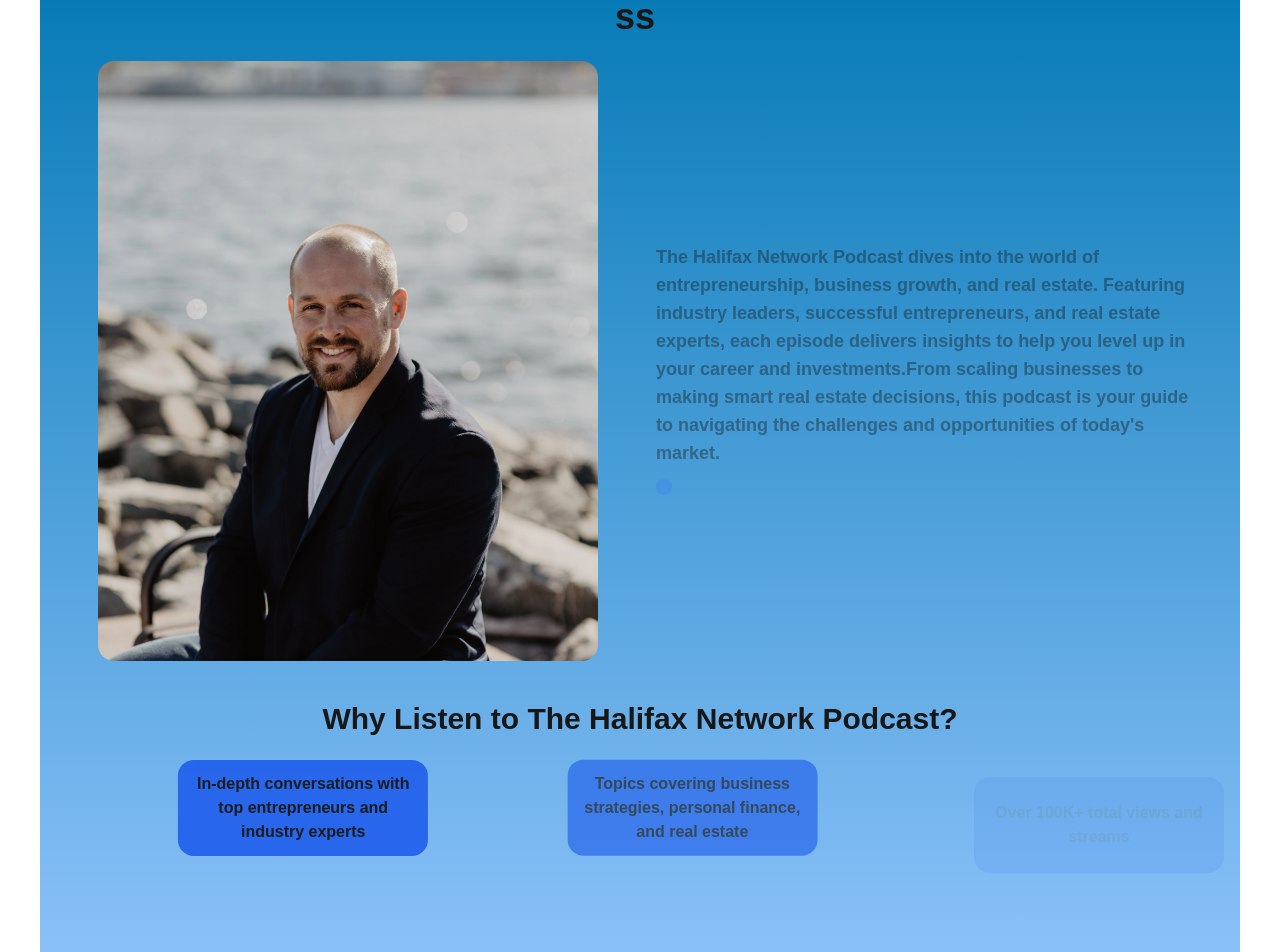
Repository: TMuse333/Chris-crowell
Page: /podcast (app in frontend/)
An editor plug-in stored every save of this project. The page is shown before and after a run of saves, followed by the edit.
The browser window is 1280 px wide. The pictures show the part of the page from y = 1319 to 2271 px (the page is 2368 px tall before and 3232 px after).
The project was rebuilt for these pictures with package versions that can differ from the ones it lists, and the page was loaded fresh each time. The framework's server and built-in components were replaced by stand-ins that run in the browser. Also part of the build but not shown: frontend/next.config.ts.

Above is the page before, as saved 2025-02-15 21:37:01.

### frontend/src/app/layout.tsx
import { ContextProvider } from "@/context/context";
import type { Metadata } from "next";
import { Geist, Geist_Mono } from "next/font/google";
import "./globals.css";

const geistSans = Geist({
  variable: "--font-geist-sans",
  subsets: ["latin"],
});

const geistMono = Geist_Mono({
  variable: "--font-geist-mono",
  subsets: ["latin"],
});

export const metadata: Metadata = {
  title: "Create Next App",
  description: "Generated by create next app",
};

export default function RootLayout({
  children,
}: Readonly<{
  children: React.ReactNode;
}>) {
  return (
    <html lang="en">
      <ContextProvider>


      <body
        className={`${geistSans.variable} ${geistMono.variable} antialiased`}
      >
        {children}
      </body>
      </ContextProvider>
    </html>
  );
}

### frontend/src/app/podcast/page.tsx


import PodcastPage from "@/pageComponents/podcastPage";
import React from "react";

const Page = () => {


    return (
        <PodcastPage/>
    )
}

export default Page

### frontend/src/context/context.tsx
"use client"

import React, { createContext, useState, useContext, ReactNode, useEffect } from 'react';

// Define the type for the context value
interface GeneralContextType {
  isMobile: boolean;
  setIsMobile: React.Dispatch<React.SetStateAction<boolean>>;
  isDesktop: boolean;
  setIsDesktop: React.Dispatch<React.SetStateAction<boolean>>;


  applicationFormState: Record<string, string>;
  setApplicationFormState: React.Dispatch<React.SetStateAction<Record<string, string>>>;


}


// Create the context
export const GeneralContext = createContext<GeneralContextType | undefined>(undefined);

// Create a provider component
export const ContextProvider: React.FC<{ children: ReactNode }> = ({ children }) => {
  // Initialize the value state


  // Detect mobile devices
  const [isMobile, setIsMobile] = useState<boolean>(true);

const [isDesktop, setIsDesktop] = useState(false)

const [applicationFormState, setApplicationFormState] = useState<Record<string, string>>({});

  useEffect(() => {
    const handleScroll = () => {
      if (typeof window !== 'undefined') {
        setIsMobile(window.innerWidth <= 865);
      }
      else{
        setIsDesktop(true)
      }
    };

    if (typeof window !== 'undefined') {
      window.addEventListener('scroll', handleScroll);
      handleScroll(); // Initial check
    }

    return () => {
      if (typeof window !== 'undefined') {
        window.removeEventListener('scroll', handleScroll);
      }
    };
  }, []);

  useEffect(() => {
    const handleScroll = () => {
      if (typeof window !== 'undefined') {
        setIsDesktop(window.innerWidth > 868);
      }

    };

    if (typeof window !== 'undefined') {
      window.addEventListener('scroll', handleScroll);
      handleScroll(); // Initial check
    }

    return () => {
      if (typeof window !== 'undefined') {
        window.removeEventListener('scroll', handleScroll);
      }
    };
  }, []);


  useEffect(() => {
    console.log('is mobile', isMobile);
    console.log("is desktop", isDesktop)
  }, [isDesktop]);

  const contextValue = {

    isMobile,
    setIsMobile,
    applicationFormState,
    setApplicationFormState,
    isDesktop,
    setIsDesktop


  };

  return <GeneralContext.Provider value={contextValue}>{children}</GeneralContext.Provider>;
};

export const useGeneralContext = (): GeneralContextType => {
  const context = useContext(GeneralContext);
  if (!context) {
    throw new Error('useGeneralContext must be used within a ContextProvider');
  }
  return context;
};

### frontend/src/app/globals.css
@tailwind base;
@tailwind components;
@tailwind utilities;

:root {
  --background: #ffffff;
  --foreground: #171717;
}

@media (prefers-color-scheme: dark) {
  :root {
    --background: #0a0a0a;
    --foreground: #ededed;
  }
}

body {
  color: var(--foreground);
  background: var(--background);
  font-family: Arial, Helvetica, sans-serif;
}

@keyframes gradientAnimation {
  0% { background-position: 0% 50%; }
  50% { background-position: 100% 50%; }
  100% { background-position: 0% 50%; }
}

.gradient-animation {
  background: linear-gradient(90deg, #00bfff, #00A7E0, #64D8FF);
  background-size: 200% 200%;
  background-clip: text;
  -webkit-background-clip: text;
  color: transparent;
  animation: gradientAnimation 8s ease-in-out infinite;
}

### frontend/src/pageComponents/podcastPage.tsx
"use client"

import BgText from "@/components/contentPieces/bgText/bgText";
import CountUpImageText from "@/components/contentPieces/countUpImageText/countUpImageText";
import ExperienceCard from "@/components/contentPieces/experienceCard/experienceCard";
import ServiceHerobanner from "@/components/herobanners/serviceHerobanner/serviceHerobanner";
import { podcastCountup, podcastExperienceCard, podcastHerobanner, podcastText } from "@/data/podcastData";
import React from "react";


const PodcastPage = () => {


    return (
        <main className="w-screen">
            <ServiceHerobanner
            {...podcastHerobanner}
           alt=""
            />
            <CountUpImageText
            {...podcastCountup}
            />

            <ExperienceCard
            {...podcastExperienceCard}
            buttonText=""
            />

            {/* <BgText
            {...podcastText}
            /> */}
        </main>
    )
}

export default PodcastPage

### frontend/src/components/contentPieces/countUpImageText/countUpImageText.tsx
import { useGeneralContext } from "@/context/context";
import Image from "next/image";
import React, { useRef } from "react";
import CountUp from "react-countup";
import {useInView,motion,useTransform,
    easeIn, useScroll
} from 'framer-motion'
interface Props {
    src:string,
    alt:string
    title:string,
    description:string,
    stats:{
        number:string,
        name:string
    }[]
}



const CountUpImageText:React.FC<Props> = ({
    src,alt,title,description,stats
}) => {

    const {isMobile} = useGeneralContext()

    const ref = useRef(null)

    const inView = useInView(ref,{
        amount:!isMobile ? 0.5 : 0.4,
        once:true
    })

    const { scrollYProgress } = useScroll({
        target: ref, // Watch this section
        offset: ["start end", "end start"], // Trigger based on when it enters and leaves the viewport
    });

    // Map scrollYProgress to scale and opacity
    const scale = useTransform(scrollYProgress, [0, 0.3, 0.7, 1], [0.95, 1, 1, 0.95],  { ease:easeIn });

    const fadeInVariants = (delay: number) => {

        return {
            initial: { opacity: 0, x: -30, y: -20 },
            animate: { opacity: 1, x: 0, y: 0 ,
            transition: {
              duration: 0.4,
              delay: delay, // Delay based on the parameter
              ease: "easeInOut"
            }
        }
        }

      };

      const statVariants = (delay: number) => {

        return {
            initial: { opacity: 0, x: -50, y: 0 },
            animate: { opacity: 1, x: 0, y: 0 ,
            transition: {
              duration: 0.5,
              delay:0.3 + delay, // Delay based on the parameter
              ease: "easeInOut"
            }
        }
        }
      };

      const ref2 = useRef(null)

      const countInView = useInView(ref2,{
        once:true
      })


      return (
        <motion.section
          style={{
            scale
          }}
          ref={ref}
          className="flex flex-col bg-gray-300 mt-12 w-[97vw] rounded-2xl overflow-hidden md:flex-row-reverse mx-auto max-w-[1200px]"
        >
          {/* Title */}
          <motion.h2
            variants={fadeInVariants(0)}
            initial="initial"
            animate={inView ? "animate" : "initial"}
            className="mx-auto text-3xl text-black font-bold text-center sm:text-4xl md:text-5xl mt-12 mb-4 md:hidden"
          >
            {title}
          </motion.h2>

          <section className="relative w-[98vw] md:w-[48vw] md:block h-[80vh]
          ">

            <Image
              src={src}
              alt={alt}
              width={600}
              height={1300}
              className={`w-full h-full rounded-2xl
              z-[1]
               object-cover mx-auto md:block transition-all
               duration-1000
               ${inView ? ' h-[80vh]' : 'h-0'}
                 mt-auto mb-auto absolute`}
              style={{
                borderRadius: "1rem"
              }}
            />
          </section>

          {/* Description */}
          <section className="flex flex-col px-4 md:w-[48vw]">
            <motion.h2
              variants={fadeInVariants(0)}
              initial="initial"
              animate={inView ? "animate" : "initial"}
              className="mx-auto text-3xl text-black font-bold text-center sm:text-4xl md:text-5xl mt-12 mb-4 hidden md:block"
            >
              {title}
            </motion.h2>

            <motion.p
              variants={fadeInVariants(0.1)}
              initial="initial"
              animate={inView ? "animate" : "initial"}
              className="text-black md:px-4 font-semibold mb-6 mt-4 md:mt-0"
            >
              {description}
            </motion.p>

            <section
            ref={ref2}
            className="flex mx-auto flex-col justify-center items-center  mt-4 md:flex-row font-semibold md:mr-auto md:ml-4
            ">
              {/* Stats Loop */}
              <div className="text-2xl mb-6 flex flex-col justify-start items-start">
                {stats.map((stat, index) => {
                  const delay = 0.2 + index * 0.4;
                   const nameDelay = 0.25 + index * 0.4
                  return (
                    <div
                      key={index}
                      className="flex flex-col text-black items-center justify-center text-center ml-4 mb-6 md:ml-0 mr-auto"
                    >
                      <motion.p
                        variants={statVariants(delay)}
                        initial="initial"
                        animate={countInView ? "animate" : "initial"}
                        className="sm:text-xl md:text-2xl mr-auto"
                      >
                        <CountUp
                          start={0}
                          end={countInView ? parseInt(stat.number) : 0}
                          duration={2}
                          className="mr-auto sm:text-2xl"
                        />
                      </motion.p>

                      <motion.p
                      variants={statVariants(nameDelay)}
                      initial="initial"
                      animate={countInView ? "animate" : "initial"}
                      className="mr-auto text-left self-start sm:text-3xl md:text-4xl">
                        {stat.name}
                      </motion.p>
                    </div>
                  );
                })}
                <button className="bg-blue-500
                p-3 rounded-2xl p-3">
                    Ensure success
                </button>
              </div>
            </section>
          </section>

        </motion.section>
      );

}

export default CountUpImageText

### frontend/src/components/herobanners/serviceHerobanner/serviceHerobanner.tsx

import React from 'react'

import Image from 'next/image'

interface Props {
    src:string,
    alt:string,
    title:string,
    description:string,
    buttonText:string,
    destination:string
}

const ServiceHerobanner:React.FC<Props> = ({
    src,alt,title,description,
    buttonText,
}) => {






    return (



    <header
    className='w-screen min-h-[500px]
    h-[75vh] text-center text-gray-200
    relative flex flex-col items-center justify-center
    transition-colors
    duration-1000
    '
    //  style={{
    //     backgroundImage:`url(${bg})`,
    //     backgroundSize:'cover',
    //     backgroundPosition:'center'

    // }}

   role='banner'
   >
    <Image className='w-full h-full object-cover absolute z-[1]
    brightness-[0.5]'
src={src}
priority
width={600}
height={1300}
alt={alt}
/>

        <section className='text-left w-4/5 relative z-[2]'>



<h1
 className='text-4xl sm:text-5xl md:text-6xl'>{title}</h1>
<h2

 className='text-xl mt-4 sm:text-2xl md:text-3xl'>{description}</h2>
<button





className='bg-gray-300 p-4 text-black !important
mt-8 hover:scale-[1.1] hover:bg-slate-900 hover:text-white
transition-all'>
 {buttonText}
</button>


</section>
    </header>
    )
}

export default ServiceHerobanner

### frontend/src/data/podcastData.ts
export const podcastHerobanner = {
    src:'/skyline.webp',

title: "Streamline Your Services, Build Client Trust",
description: "This page showcases your expertise and services in a clear, professional way. By detailing what you offer, you save time answering common client questions and establish trust by demonstrating your knowledge and commitment to their needs.",
    buttonText:'Get your own service page',
    destination:'/contact'
}


export const podcastCountup = {
    src: "/chris-side.webp",
    alt: "Chris hosting The Halifax Network Podcast",
    title: "The Halifax Network Podcast",
    description: `Bringing real estate insights, market trends, and expert interviews to Halifax and beyond. Tune in to stay informed, get valuable advice, and hear from industry professionals.`,
    stats: [
      {
        number: "50+",
        name: "Episodes Released",
      },
      {
        number: "100K+",
        name: "Total Views & Streams",
      },
      {
        number: "5★",
        name: "Listener Ratings",
      },
    ],
  };

  export const podcastExperienceCard = {
    title: "The Halifax Network Podcast – Conversations That Build Success",
    src: "/chris-seated.webp",
    alt: "Chris hosting The Halifax Network Podcast",
    description:
      "The Halifax Network Podcast dives into the world of entrepreneurship, business growth, and real estate. Featuring industry leaders, successful entrepreneurs, and real estate experts, each episode delivers insights to help you level up in your career and investments." +

      "From scaling businesses to making smart real estate decisions, this podcast is your guide to navigating the challenges and opportunities of today's market.",

    aspects: [
      "In-depth conversations with top entrepreneurs and industry experts",
      "Topics covering business strategies, personal finance, and real estate",
      "Over 100K+ total views and streams",
      "Empowering listeners with actionable insights and success stories",
    ],

    link: "/podcast",
    reverse: false,
    aspectHeader: "Why Listen to The Halifax Network Podcast?",
  };

  export const podcastText = {
    image: "/skyline.webp",
    title: "The Halifax Network Podcast – Stories of Success & Growth",
    description:
      "Join The Halifax Network Podcast, where we bring together entrepreneurs, business leaders, and real estate professionals to share insights, strategies, and experiences. Whether you're looking to scale your business, make smarter investments, or gain inspiration from industry experts, this podcast is your go-to resource for success.",

    buttonText: "Listen Now",
    destination: "/podcast",
  };

  export const podcastCarousel = {
    images: [
      {
        url: "/skyline.mp4",
        title: "Podcast About Websites",
        description: "Discussing the importance of a strong online presence and how websites impact business success.",
        isVideo: true,
      },
      {
        url: "/skyline.mp4",
        title: "Podcast About Real Estate Investing",
        description: "Exploring strategies for buying, selling, and investing in real estate for long-term wealth.",
        isVideo: true,
      },
      {
        url: "/skyline.mp4",
        title: "Podcast About Entrepreneurship",
        description: "Insights into starting and scaling a business, overcoming challenges, and building a brand.",
        isVideo: true,
      },
      {
        url: "/skyline.mp4",
        title: "Podcast About Networking",
        description: "How building meaningful connections can accelerate career and business growth.",
        isVideo: true,
      },
    ],
    hasDescription: true,
  };

### frontend/src/components/textAnimations/typeAlongText/typeAlongText.tsx
import { motion } from 'framer-motion';
import React, { ElementType, useState, useEffect } from 'react';

interface TypeAlongTextProps {
  text: string; // The text to animate
  as?: ElementType; // The HTML tag to render (default: 'p')
  styles?: string; // Additional CSS classes
  keywords?: string[]; // Highlighted keywords
  startAnimation?: boolean; // Control when animation starts
  setAnimationComplete?: React.Dispatch<React.SetStateAction<boolean>>; // Notify when animation is complete
  duration?: number; // Optional duration to control animation speed (default: 0.3 seconds)
}

const TypeAlongText: React.FC<TypeAlongTextProps> = ({
  text,
  as: Tag = 'p', // Default to 'p' tag
  styles = '',
  keywords = [],
  startAnimation = false, // Default to false if not provided
  setAnimationComplete, // Optional function to notify when animation is complete
  duration = 0.3, // Default animation duration for each character (can be customized)
}) => {
  const [highlightComplete, setHighlightComplete] = useState(false);
  const [animationStarted, setAnimationStarted] = useState(false);


  useEffect(() => {
    if (startAnimation && !animationStarted) {
      setAnimationStarted(true);
    }
  }, [startAnimation, animationStarted]);

  const isKeyword = (segment: string) => keywords.includes(segment);

  const handleAnimationComplete = () => {

    setHighlightComplete(true);
    if (setAnimationComplete) {
        console.log('typing animation complete')
      setAnimationComplete(true); // Notify parent that the animation is complete
    }
  };

  let charIndexCounter = 0;

  return (
    <Tag className={`inline-block text-center mx-auto ${styles}`}>
      {text.split('\n').map((line, lineIndex) => (
        <span key={lineIndex} className="block"> {/* Render each line as a block */}
          {line.split(' ').map((word, wordIndex) => (
            <span key={`${lineIndex}-${wordIndex}`}> {/* Add spacing between words */}
              {word.split('').map((char, charIndex) => {
                const cumulativeDelay = charIndexCounter * 0.05;
                charIndexCounter++;

                const isLastCharacter =
                  charIndexCounter === text.replace(/\s/g, '').length;

                return (
                  <motion.span
                    key={`${lineIndex}-${wordIndex}-${charIndex}`}
                    initial={{ y: -20, opacity: 0 }}
                    animate={startAnimation ? { y: 0, opacity: 1 } : {}}
                    transition={{
                      delay: cumulativeDelay,
                      duration:duration,
                    }}
                    className={`inline-block whitespace-pre-line ${
                      highlightComplete && isKeyword(word) ? 'animate-gradient' : ''
                    }`}
                    style={
                      highlightComplete && isKeyword(word)//#18C5FF
                        ? {
                            background: 'linear-gradient(90deg, #00bfff, #00A7E0, #64D8FF)',
                            backgroundSize: '200% 200%',
                            backgroundClip: 'text',
                            WebkitBackgroundClip: 'text',
                            color: 'transparent',
                            animation: 'gradient-animation 8s ease-in-out infinite',
                            transition: 'background 0.5s ease, color 0.5s ease',
                          }
                        : undefined
                    }
                    whileHover={{
                      y: -12,
                      transition: {
                        duration: 0.2,
                        ease: 'easeInOut',
                      },
                    }}
                    onAnimationComplete={isLastCharacter ? handleAnimationComplete : undefined}
                  >
                    {char}
                  </motion.span>
                );
              })}
              &nbsp; {/* Add space between words */}
            </span>
          ))}
        </span>
      ))}
    </Tag>
  );
};

export default TypeAlongText;

Loaded but not shown: frontend/tailwind.config.ts (common file); frontend/src/components/carousels/carousel/carousel.tsx (307 lines, source omitted); frontend/src/components/contentPieces/experienceCard/experienceCard.tsx (225 lines, source omitted)

After the next 4 saves:
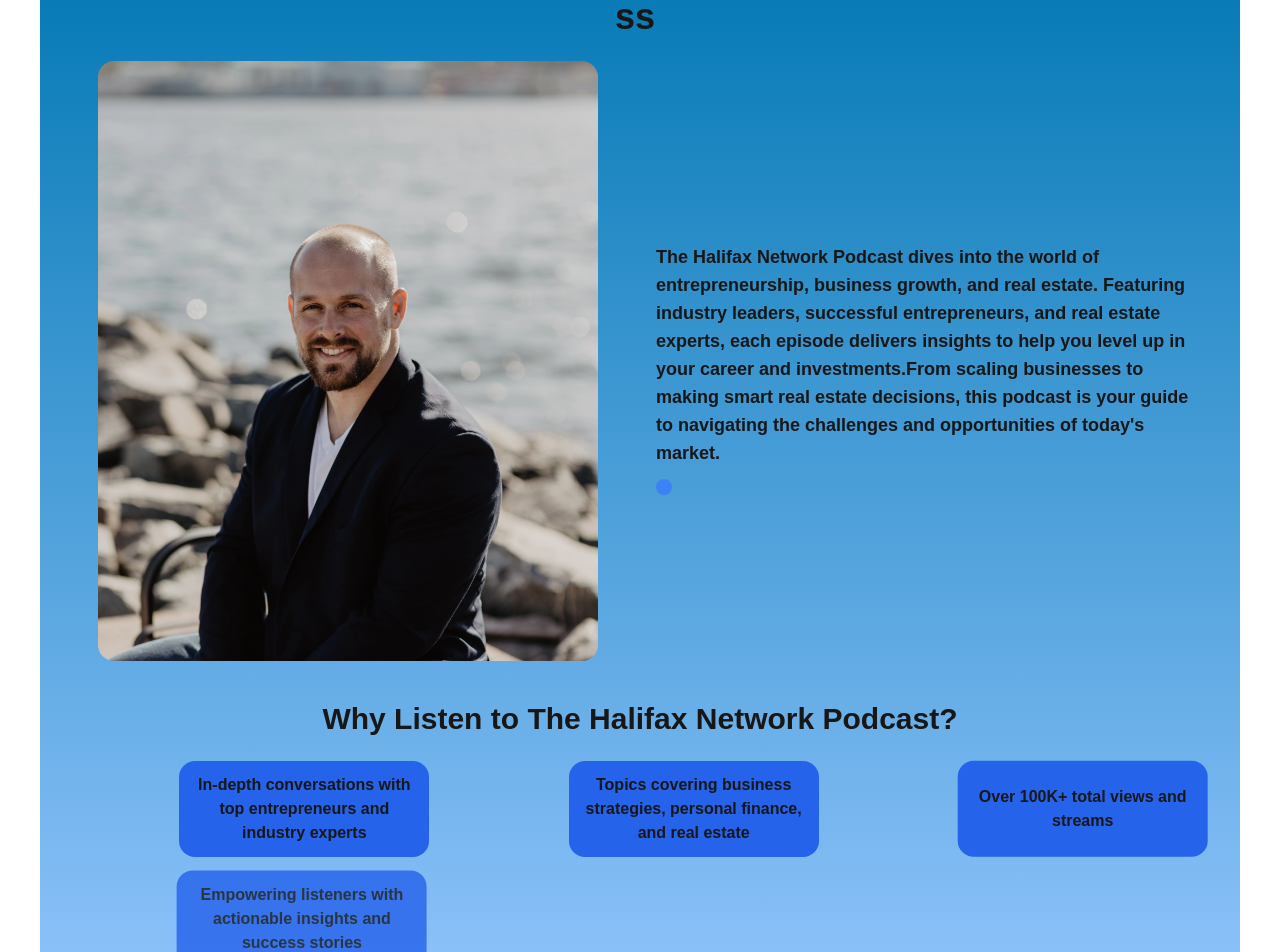
The 4 saves are shown as one change because 1 did not build or start and some came seconds apart.
The last was saved 18 s later.
--- a/frontend/src/pageComponents/podcastPage.tsx
+++ b/frontend/src/pageComponents/podcastPage.tsx
@@ -1,10 +1,11 @@
 "use client"
 
+import Carousel from "@/components/carousels/carousel/carousel";
 import BgText from "@/components/contentPieces/bgText/bgText";
 import CountUpImageText from "@/components/contentPieces/countUpImageText/countUpImageText";
 import ExperienceCard from "@/components/contentPieces/experienceCard/experienceCard";
 import ServiceHerobanner from "@/components/herobanners/serviceHerobanner/serviceHerobanner";
-import { podcastCountup, podcastExperienceCard, podcastHerobanner, podcastText } from "@/data/podcastData";
+import { podcastCarousel, podcastCountup, podcastExperienceCard, podcastHerobanner, podcastText } from "@/data/podcastData";
 import React from "react";
 
 
@@ -26,6 +27,10 @@ const PodcastPage = () => {
             buttonText=""
             />
 
+            <Carousel
+            {...podcastCarousel}
+            />
+
             {/* <BgText
             {...podcastText}
             /> */}
